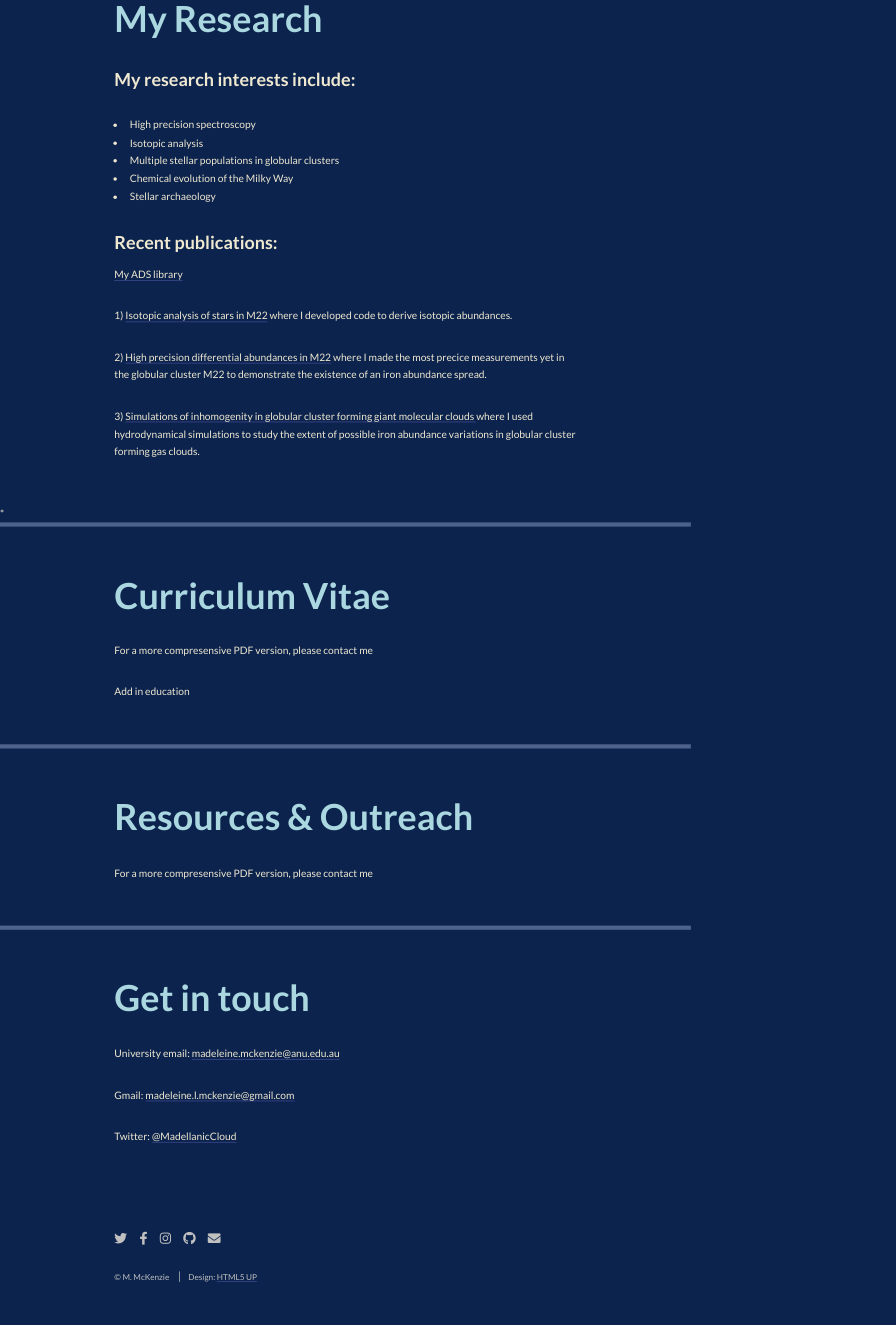
Repository: madeleine-mckenzie/madeleine-mckenzie.github.io
Page: index.html
An editor plug-in stored every save of this project. The page is shown before and after the next save, followed by the edit.
The browser window is 1280 px wide. The pictures show the part of the page from y = 1095 to 3015 px (the page is 2989 px tall before and 3015 px after), at 70% of full size.
Backgrounds fixed to the window are drawn as part of the page.

Above is the page before, as saved 2023-11-12 16:18:21.

After the next save:
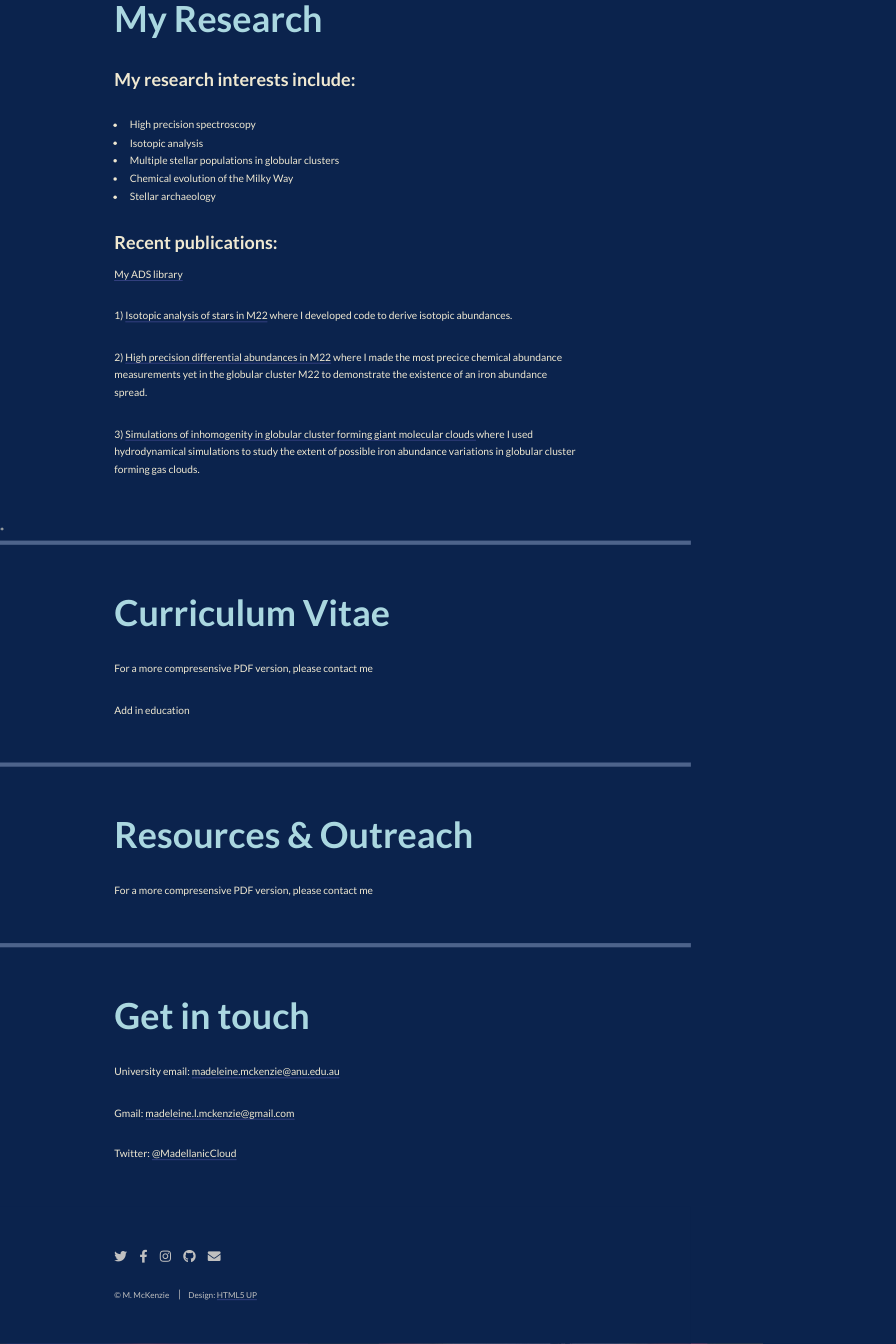
Saved 84 s later.
--- a/index.html
+++ b/index.html
@@ -86,7 +86,7 @@
                         <p>1) <a href="https://ui.adsabs.harvard.edu/abs/2023MNRAS.tmp.2870M/abstract">Isotopic analysis of stars in M22</a> where I developed code to
                         derive isotopic abundances.</p>
                         <p>2) <a href="https://ui.adsabs.harvard.edu/abs/2022MNRAS.516.3515M/abstract">High precision differential abundances in M22</a> where I
-                        made the most precice measurements yet in the globular cluster M22 to demonstrate the existence of an iron abundance spread.</p>
+                        made the most precice chemical abundance measurements yet in the globular cluster M22 to demonstrate the existence of an iron abundance spread.</p>
                         <p>3) <a href="https://ui.adsabs.harvard.edu/abs/2022MNRAS.516.3515M/abstract">Simulations of inhomogenity in globular cluster forming giant
                             molecular clouds </a> where I used hydrodynamical simulations to study the extent of possible iron abundance variations in
                              globular cluster forming gas clouds.</p>
